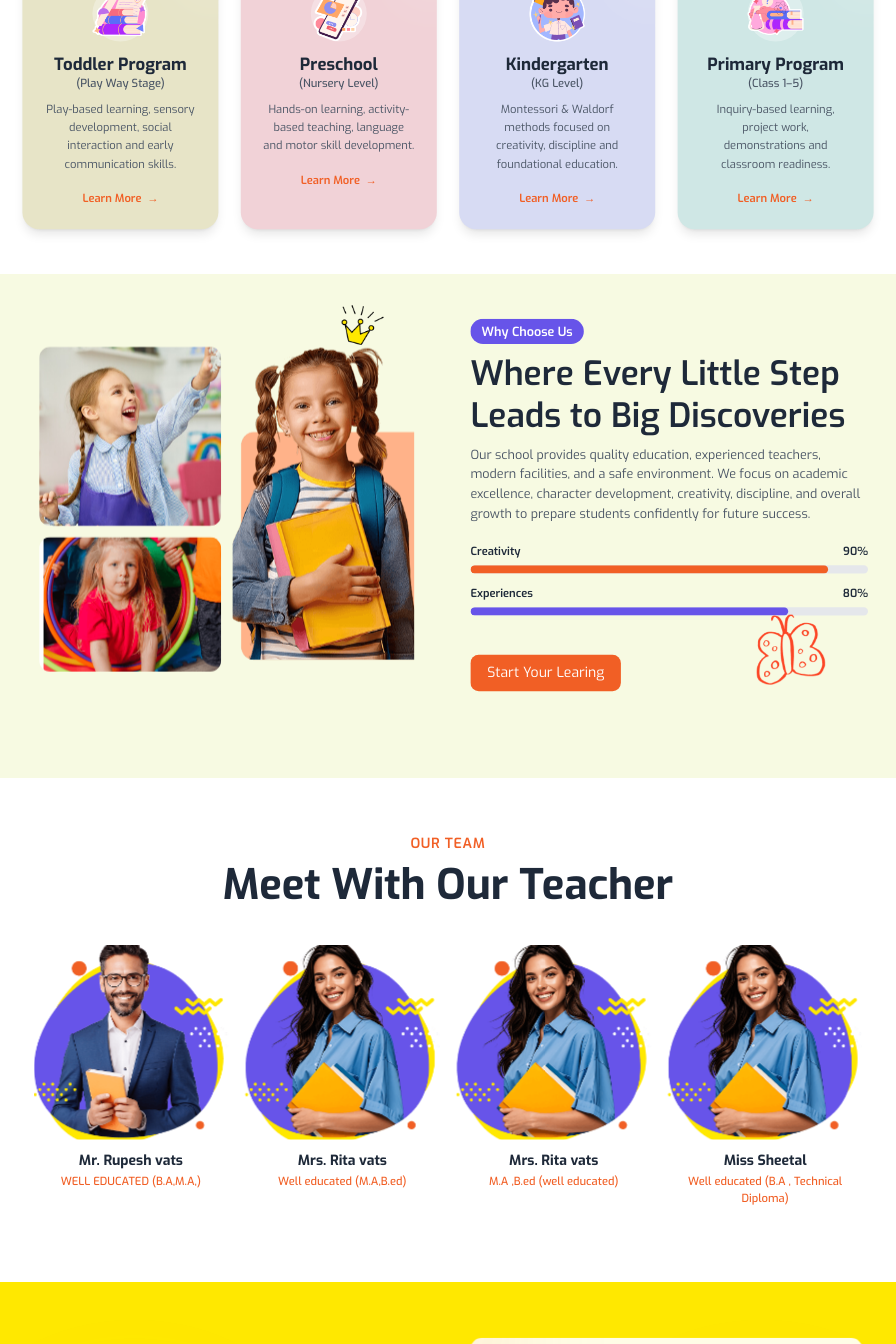
Repository: deepak445566/school
Page: / (app in okwork/)
An editor plug-in stored every save of this project. The page is shown before and after the next save, followed by the edit.
The browser window is 1280 px wide. The pictures show the part of the page from y = 2059 to 3979 px (the page is 5556 px tall before and 5508 px after), at 70% of full size.
Some web fonts or font styles are not loaded; a fallback is used. The project was rebuilt for these pictures with package versions that can differ from the ones it lists, and the page was loaded fresh each time. Some packages were replaced by stand-ins written for this rebuild. Also part of the build but not shown: okwork/vite.config.js.

Above is the page before, as saved 2026-02-18 21:04:55.

### okwork/index.html
<!doctype html>
<html lang="en">
  <head>
    <meta charset="UTF-8" />
    <link rel="icon" type="image/svg+xml" href="/vite.svg" />
    <meta name="viewport" content="width=device-width, initial-scale=1.0" />
    <title>okwork</title>
    <link rel="preconnect" href="https://fonts.googleapis.com">
<link rel="preconnect" href="https://fonts.gstatic.com" crossorigin>
<link href="https://fonts.googleapis.com/css2?family=Abril+Fatface&family=Alan+Sans:wght@300..900&family=Big+Shoulders:opsz,wght@10..72,100..900&family=Exo+2:ital,wght@0,100..900;1,100..900&family=Exo:ital,wght@0,100..900;1,100..900&family=Montserrat:ital,wght@0,100..900;1,100..900&family=Orbitron:wght@400..900&family=Poppins:ital,wght@0,100;0,200;0,300;0,400;0,500;0,600;0,700;0,800;0,900;1,100;1,200;1,300;1,400;1,500;1,600;1,700;1,800;1,900&family=Prata&family=Rajdhani:wght@300;400;500;600;700&display=swap" rel="stylesheet">
  </head>
  <body>
    <div id="root"></div>
    <script type="module" src="/src/main.jsx"></script>
  </body>
</html>

### okwork/src/index.css
@import "tailwindcss";


.exo {
  font-family: "Exo", sans-serif;

  font-style: normal;
}

### okwork/src/App.jsx
import React from 'react'
import Home from './components/Home'

import WhyChooseUs from './components/WhyChooseUs'
import MeetOurTeachers from './components/MeetOurTeachers'
import ScheduleSection from './components/ScheduleSection'
import AboutUs from './components/About'
import Footer from './components/Footer'
import ProgramSection from './components/ProgramSection'

function App() {
  return (
    <>
    <Home/>
   <AboutUs/>
   <ProgramSection/>
    <WhyChooseUs/>
    <MeetOurTeachers/>
    <ScheduleSection/>
    <Footer/>
    </>
  )
}

export default App

### okwork/src/components/Home.jsx
import React from "react";

const Home = () => {
  // Image URL - using a high-quality free image
  const imageUrl =
    "/images/hero1.png";
  const kalagiImageUrl = "/images/text.png";
  return (
    <div className="min-h-screen bg-[#F7FAE2] overflow-hidden exo relative ">
      {/* Main container - centered with responsive padding */}
      <div className="container mx-auto px-6 py-12 md:px-12 lg:px-10 min-h-screen flex items-center relative z-10">

        {/* Flex container: column on mobile, row on desktop */}
        <div className="flex flex-col md:flex-row items-center gap-12 lg:gap-5 w-full">

          {/* LEFT SECTION: 40% width */}
          <div className="w-full md:w-[45%] text-center md:text-left space-y-6 md:space-y-6">
            {/* Heading with gradient effect */}
            <h1 className="text-4xl text-gray-800 md:text-5xl lg:text-6xl font-bold leading-tight exo">
             A Happy Place to
              <br />
              <span className="text-gray-800">to Grow, Play And </span>
              <br />
              <span className="text-gray-800">   Learn</span>
            </h1>

            {/* Paragraph description */}
            <p className="text-lg md:text-lg text-gray-600 max-w-2xl mx-auto md:mx-0">
           Kindergarten is an early childhood educational environment where
most young for your children life.
            </p>

            {/* Button with hover effects */}
            <div className="flex justify-center md:justify-start">
              <button className="group relative px-8 py-4 bg-[#F15F25] text-white font-semibold rounded-xl float hover:shadow-xl hover:transform hover:-translate-y-1 transition-all duration-300 ease-in-out">
                <span className="relative z-10">Get Started Now</span>
              </button>
            </div>
          </div>

          {/* RIGHT SECTION: 60% width */}
          <div className="w-full md:w-[55%] flex justify-center md:justify-end">
            <div className="relative w-full max-w-md lg:max-w-xl ">
              {/* Main image */}
              <img
                src={imageUrl}
                alt="Team collaboration in modern workspace"
                className="relative z-10 w-full h-auto rounded-2xl object-cover "
              />
               <img
                src={kalagiImageUrl}
                alt="Decorative element"
                className="absolute bottom-0 left-7 lg:left-0 z-20 w-24 h-24 md:w-52 md:h-52 object-contain -translate-x-4 -translate-y-4 animate-bounce-slow"
              />
            </div>
          </div>
        </div>


      </div>


      {/* Add custom animation keyframes */}
       <style jsx>{`
        @keyframes blob {
          0% { transform: translate(0px, 0px) scale(1); }
          33% { transform: translate(30px, -50px) scale(1.1); }
          66% { transform: translate(-20px, 20px) scale(0.9); }
          100% { transform: translate(0px, 0px) scale(1); }
        }

        @keyframes float {
          0% {
            transform: translateY(0px);
          }
          50% {
            transform: translateY(-20px);
          }
          100% {
            transform: translateY(0px);
          }
        }

        @keyframes bounce-slow {
          0%, 100% {
            transform: translate(-1rem, -1rem) translateY(0);
          }
          50% {
            transform: translate(-1rem, -1rem) translateY(-20px);
          }
        }

        .animate-blob {
          animation: blob 7s infinite;
        }

        .animate-float {
          animation: float 6s ease-in-out infinite;
        }

        .animate-bounce-slow {
          animation: bounce-slow 4s ease-in-out infinite;
        }

        .animation-delay-2000 {
          animation-delay: 2s;
        }
      `}</style>
    </div>
  );
};

export default Home;

### okwork/src/components/MeetOurTeachers.jsx
import React from "react";

const MeetOurTeachers = () => {
  const teachers = [
    {
      name: "Mr. Rupesh vats",
      image: "/images/team2.png",
      subject: "WELL EDUCATED (B.A,M.A,)"
    },
    {
      name: "Mrs. Rita vats",
      image: "/images/team1.png",
      subject: "Well educated (M.A,B.ed)"
    },
    {
      name: "Mrs. Rita vats ",
      image: "/images/team1.png",
      subject: " M.A ,B.ed (well educated)"
    },
    {
      name: "Miss Sheetal",
      image: "/images/team1.png",
      subject: "Well educated (B.A , Technical Diploma)"
    }
  ];

  return (
    <>
    <div className="min-h-screen bg-white overflow-hidden exo py-8 sm:py-12 md:py-16 lg:py-20">
      <div className="container mx-auto px-3 sm:px-4 md:px-6 lg:px-8 xl:px-12">

        {/* Header Section */}
        <div className="text-center mb-6 sm:mb-8 md:mb-10 lg:mb-12">
          <h2 className="text-[#F15F25] text-md md:text-lg lg:text-xl font-semibold uppercase tracking-wider mb-1 sm:mb-2">
            Our Team
          </h2>
          <h1 className="text-2xl sm:text-3xl md:text-4xl lg:text-5xl xl:text-6xl font-bold text-gray-800 leading-tight px-2">
            Meet With Our Teacher
          </h1>
        </div>

        {/* Teachers Grid - Responsive grid */}
        <div className="grid grid-cols-2 sm:grid-cols-2 lg:grid-cols-4 gap-3 sm:gap-4 md:gap-5 lg:gap-6">
          {teachers.map((teacher, index) => (
            <div key={index} className="flex flex-col">
              {/* Teacher Image Container */}
              <div className="group relative bg-white rounded-xl sm:rounded-2xl overflow-hidden  transition-all duration-300 hover:-translate-y-2">
                <div className="relative overflow-hidden aspect-square">
                  <img
                    src={teacher.image}
                    alt={teacher.name}
                    className="w-full h-full object-cover  duration-500"
                  />
                  {/* Light overlay on hover */}

                </div>
              </div>

              {/* Teacher Info - Outside the card */}
              <div className="text-center mt-2 sm:mt-3 md:mt-4 px-1">
                <h3 className="text-sm sm:text-base md:text-lg lg:text-xl font-bold text-gray-800 mb-0.5 sm:mb-1">
                  {teacher.name}
                </h3>
                <p className="text-[#F15F25] text-xs sm:text-sm md:text-base font-medium">
                  {teacher.subject}
                </p>
              </div>
            </div>
          ))}
        </div>
      </div>
    </div>
    </>
  );
};

export default MeetOurTeachers;

### okwork/src/components/ScheduleSection.jsx
import React from "react";

const ScheduleSection = () => {
  return (
    <>
    <div className="min-h-screen bg-[#FFE800] overflow-hidden exo py-12 md:py-16 lg:py-20 relative ">

      {/* Background Light Effects */}
      <div className="absolute left-0 top-1/2 -translate-y-1/2 w-64 md:w-96 h-64 md:h-96 bg-[#F15F25]/10 rounded-full blur-3xl"></div>
      <div className="absolute right-0 top-1/2 -translate-y-1/2 w-64 md:w-96 h-64 md:h-96 bg-[#F15F25]/10 rounded-full blur-3xl"></div>

      <div className="container mx-auto px-4 sm:px-6 md:px-8 lg:px-10 xl:px-12 relative z-10">

        {/* Main Flex Container - Left Text, Right Schedule */}
        <div className="flex flex-col lg:flex-row items-center gap-10 lg:gap-16">

          {/* LEFT SIDE - Text Content */}
          <div className="w-full lg:w-1/2 text-center lg:text-left">
            <h2 className="text-[#F15F25] text-lg md:text-xl font-semibold uppercase tracking-wider mb-3">
              Session Times
            </h2>
            <h1 className="text-3xl sm:text-4xl md:text-5xl lg:text-6xl font-bold text-gray-800 mb-4 leading-tight">
              Our session Times
            </h1>
            <p className="text-gray-600 text-base md:text-lg max-w-lg mx-auto lg:mx-0">
             Our school session begins at 8:00 AM and ends at 4:00 PM. Students are expected to arrive on time. Regular classes, activities, and short breaks are scheduled within this time.
            </p>
          </div>

          {/* RIGHT SIDE - Schedule Cards */}
          <div className="w-full lg:w-1/2">
            <div className="bg-white/90 backdrop-blur-sm rounded-2xl p-5 md:p-6 lg:p-8 shadow-xl relative overflow-hidden">

              {/* Inner Light Effect */}
              <div className="absolute -left-20 -top-20 w-40 h-40 bg-[#F15F25]/10 rounded-full blur-3xl"></div>
              <div className="absolute -right-20 -bottom-20 w-40 h-40 bg-[#F15F25]/10 rounded-full blur-3xl"></div>

              {/* Schedule Items */}
              <div className="space-y-4 relative z-10">

                {/* Early Drop Off */}
                <div className="flex justify-between items-center py-3 border-b border-gray-200">
                  <span className="text-gray-800 font-semibold text-base md:text-lg">Early Drop Off</span>
                  <span className="text-[#F15F25] font-semibold text-base md:text-lg">8.00am – 10.00am</span>
                </div>

                {/* Morning */}
                <div className="flex justify-between items-center py-3 border-b border-gray-200">
                  <span className="text-gray-800 font-semibold text-base md:text-lg">Morning</span>
                  <span className="text-[#F15F25] font-semibold text-base md:text-lg">10.30am – 12.00am</span>
                </div>

                {/* Lunch */}
                <div className="flex justify-between items-center py-3 border-b border-gray-200">
                  <span className="text-gray-800 font-semibold text-base md:text-lg">Lunch</span>
                  <span className="text-[#F15F25] font-semibold text-base md:text-lg">12pm – 1.00pm</span>
                </div>

                {/* Afternoon */}
                <div className="flex justify-between items-center py-3">
                  <span className="text-gray-800 font-semibold text-base md:text-lg">Afternoon</span>
                  <span className="text-[#F15F25] font-semibold text-base md:text-lg">2.00am – 4.00am</span>
                </div>
              </div>
            </div>
          </div>
        </div>
      </div>
      <div className=" absolute bottom-0  z-1000">
          <img src="/images/hero-line.png" className="w-full"/>
        </div>

    </div>

     <div className=" mt-10">
        <img src="/images/newsletter1.png" alt="Newsletter" className="w-full h-full object-cover" />
      </div>
      </>
  );
};

export default ScheduleSection;

### okwork/src/components/Footer.jsx
import React from 'react';

const Footer = () => {
  return (
    <footer className="bg-[#F4F8E1] exo text-white py-12 md:py-16 overflow-hidden relative">
      {/* Decorative Elements */}
      <div className="absolute top-0 left-0 w-32 h-32 bg-[#F15F25]/5 rounded-full blur-3xl"></div>
      <div className="absolute bottom-0 right-0 w-32 h-32 bg-[#F15F25]/5 rounded-full blur-3xl"></div>

      <div className="container mx-auto px-4 sm:px-6 lg:px-8 relative z-10">

        {/* Main Footer Grid */}
        <div className="grid grid-cols-1 md:grid-cols-2 lg:grid-cols-3 gap-8 lg:gap-12">

          {/* Column 1 - Kidza Info */}
          <div className="space-y-4">
            <h2 className="text-lg md:text-xl font-bold text-black flex items-center gap-2">
              <span className="text-[#F15F25]">◆</span> FLORAWINGS PRE-PRIMARY SCHOOL
            </h2>
            <p className="text-black text-sm md:text-base leading-relaxed">
              FLORAWINGS PRE-PRIMARY SCHOOL is an early childhood education school where all children,
              typically aged 4 to 6, begin their learning journey.
            </p>

          </div>

          {/* Column 2 - Quick Links */}
          <div className="space-y-4">
            <h3 className="text-xl md:text-2xl font-semibold text-black border-b-2 border-[#F15F25] pb-2 inline-block">
              Quick Links
            </h3>
            <div className="flex flex-col space-y-3 pt-2 text-black">
              <a href="#" className=" hover:text-[#F15F25] transition-colors text-sm md:text-base flex items-center gap-2">
                <span className="text-[#F15F25] text-xs">▶</span> Courses
              </a>
              <a href="#" className=" hover:text-[#F15F25] transition-colors text-sm md:text-base flex items-center gap-2">
                <span className="text-[#F15F25] text-xs">▶</span> Program
              </a>
              <a href="#" className=" hover:text-[#F15F25] transition-colors text-sm md:text-base flex items-center gap-2">
                <span className="text-[#F15F25] text-xs">▶</span> About Us
              </a>
              <a href="#" className=" hover:text-[#F15F25] transition-colors text-sm md:text-base flex items-center gap-2">
                <span className="text-[#F15F25] text-xs">▶</span> Contact Us
              </a>

            </div>
             <button className="bg-[#F15F25] text-white px-6 py-3 rounded-lg font-semibold hover:bg-[#d44e1e] transition-colors">
  Get Francises
</button>
          </div>



          {/* Column 4 - Contact Info */}
          <div className="space-y-4">
            <h3 className="text-xl md:text-2xl font-semibold text-black border-b-2 border-[#F15F25] pb-2 inline-block">
              Contact
            </h3>

            {/* Email */}
            <div className="space-y-2 pt-2">
              <h4 className="text-[#F15F25] font-medium text-base md:text-lg flex items-center gap-2">
                <span>📧</span> Contact Us
              </h4>
              <a className="text-black hover:text-[#F15F25] transition-colors text-sm md:text-base break-all pl-7">
               9891965767 /
                8588831055

              </a>
            </div>

            {/* Location */}
            <div className="space-y-2">
              <h4 className="text-[#F15F25] font-medium text-base md:text-lg flex items-center gap-2">
                <span>📍</span> Location
              </h4>
              <p className="text-black text-sm md:text-base leading-relaxed pl-7">
               I-642, street no -6 East Jawahar. Nagar Loni GZB UP
              </p>
            </div>
          </div>
        </div>



        {/* Bottom Bar */}
        <div className="border-t border-gray-700 mt-8 md:mt-12 pt-6 md:pt-8 text-center text-black text-xs md:text-sm font-semibold">
          <p>&copy; {new Date().getFullYear()} FLORAWINGS PRE-PRIMARY SCHOOL . All rights reserved.</p>
        </div>
      </div>
      <div className='absolute bottom-0 left-0 w-full'>
        <img src='/images/bg-bottom.png' className='w-full '/>
      </div>
    </footer>
  );
};

export default Footer;

### okwork/src/components/ProgramSection.jsx
import React from 'react';
import program1 from '/public/images/book.png';
import program2 from '/public/images/phone.png';
import program3 from '/public/images/boy.png';
import program4 from '/public/images/camical-book.png';


const ProgramSection = () => {
  return (
    <div className="max-w-7xl mx-auto px-4 sm:px-6 lg:px-8 py-12 md:py-16 exo">

      {/* Section Header */}
      <div className="text-center mb-12">
        <h2 className="text-[#F15F25] text-lg font-semibold uppercase tracking-wider mb-2">Our Programs</h2>
        <h1 className="text-3xl md:text-4xl lg:text-5xl font-bold text-gray-800">Learning Paths for Every Age</h1>
        <p className="text-gray-600 max-w-2xl mx-auto mt-4">Discover the perfect program for your child's developmental stage</p>
      </div>

      {/* Cards Grid */}
      <div className="grid grid-cols-1 sm:grid-cols-2 lg:grid-cols-4 gap-6 lg:gap-8 mt-10">

        {[
          {
            img: program1,
            title: "Toddler Program",
            age: "(Play Way Stage)",
            bg: "bg-[#E7E4C7]",
            desc: "Play-based learning, sensory development, social interaction and early communication skills.",
            icon: "🧸",
            color: "from-[#E7E4C7] to-[#d6d3b5]"
          },
          {
            img: program2,
            title: "Preschool",
            age: "(Nursery Level)",
            bg: "bg-[#F1D2D7]",
            desc: "Hands-on learning, activity-based teaching, language and motor skill development.",
            icon: "🎨",
            color: "from-[#F1D2D7] to-[#e0c0c5]"
          },
          {
            img: program3,
            title: "Kindergarten",
            age: "(KG Level)",
            bg: "bg-[#D7DBF3]",
            desc: "Montessori & Waldorf methods focused on creativity, discipline and foundational education.",
            icon: "📚",
            color: "from-[#D7DBF3] to-[#c5c9e1]"
          },
          {
            img: program4,
            title: "Primary Program",
            age: "(Class 1–5)",
            bg: "bg-[#CFE7E5]",
            desc: "Inquiry-based learning, project work, demonstrations and classroom readiness.",
            icon: "🔬",
            color: "from-[#CFE7E5] to-[#bdd5d3]"
          }
        ].map((card, i) => (

          <div
            key={i}
            className={`${card.bg} rounded-3xl p-6 md:p-8 text-center shadow-lg relative overflow-hidden group transition-all duration-500 ease-in-out hover:-translate-y-4 hover:shadow-2xl cursor-pointer`}
          >
            {/* Background Patterns */}


            {/* Gradient Overlay on Hover */}
            <div className={`absolute inset-0 bg-gradient-to-br ${card.color} opacity-0 group-hover:opacity-20 transition-opacity duration-500`}></div>

            {/* Decorative Circle */}
            <div className="absolute -top-10 -right-10 w-24 h-24 bg-white/20 rounded-full blur-2xl group-hover:scale-150 transition-transform duration-700"></div>

            {/* Icon Badge */}
            <div className="absolute top-3 left-3 text-2xl opacity-30 group-hover:opacity-60 transition-opacity">
              {card.icon}
            </div>

            {/* Image with Animation */}
            <div className="relative z-10 mb-4 transform group-hover:scale-110 transition-transform duration-500">
              <div className="w-20 h-20 mx-auto bg-white/30 rounded-full ">
                <img
                  src={card.img}
                  alt={card.title}
                  className="w-full h-full object-contain"
                />
              </div>
            </div>

            {/* Content */}
            <h3 className="text-xl md:text-2xl font-bold text-gray-800 relative z-10 group-hover:text-gray-900 transition-colors">
              {card.title}
            </h3>
            <p className="text-gray-600 mb-3 relative z-10 font-medium">
              {card.age}
            </p>

            {/* Description with Animation */}
            <p className="text-gray-600 text-sm md:text-base relative z-10 leading-relaxed group-hover:text-gray-700 transition-colors">
              {card.desc}
            </p>

            {/* Button with Animation */}
            <button className="mt-6 text-[#F15F25] font-semibold relative z-10 inline-flex items-center gap-2 group/btn hover:gap-3 transition-all duration-300">
              <span>Learn More</span>
              <span className="transform group-hover/btn:translate-x-1 transition-transform">→</span>
            </button>

            {/* Bottom Highlight on Hover */}
            <div className="absolute bottom-0 left-0 right-0 h-1 bg-[#F15F25] scale-x-0 group-hover:scale-x-100 transition-transform duration-500 origin-left"></div>
          </div>
        ))}
      </div>


    </div>
  );
};

export default ProgramSection;

Loaded but not shown: okwork/src/main.jsx (common file); okwork/src/components/WhyChooseUs.jsx (128 lines, source omitted); okwork/src/components/About.jsx (129 lines, source omitted)

After the next save:
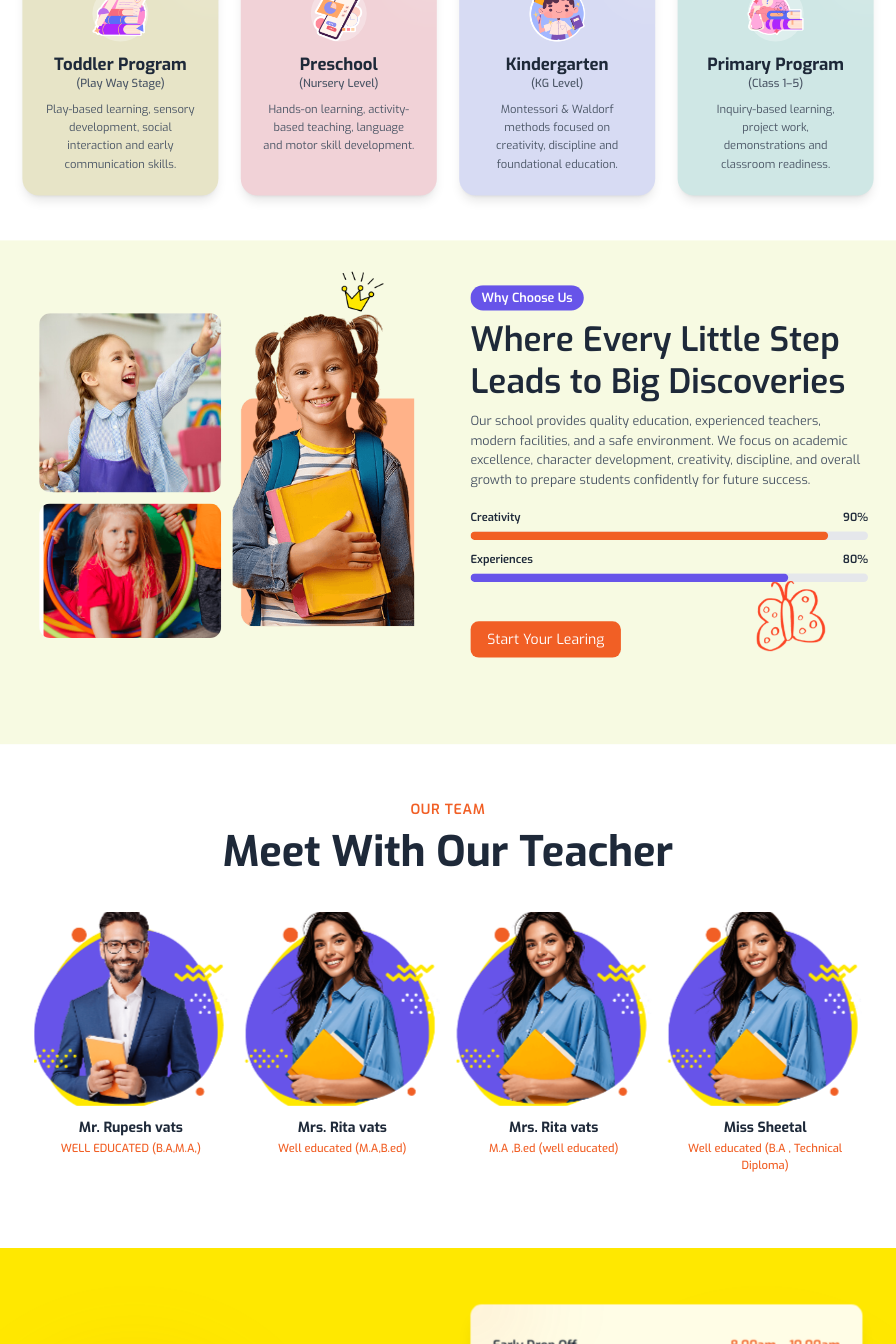
Saved 11 s later.
--- a/okwork/src/components/ProgramSection.jsx
+++ b/okwork/src/components/ProgramSection.jsx
@@ -101,10 +101,7 @@ const ProgramSection = () => {
             </p>
 
             {/* Button with Animation */}
-            <button className="mt-6 text-[#F15F25] font-semibold relative z-10 inline-flex items-center gap-2 group/btn hover:gap-3 transition-all duration-300">
-              <span>Learn More</span>
-              <span className="transform group-hover/btn:translate-x-1 transition-transform">→</span>
-            </button>
+
 
             {/* Bottom Highlight on Hover */}
             <div className="absolute bottom-0 left-0 right-0 h-1 bg-[#F15F25] scale-x-0 group-hover:scale-x-100 transition-transform duration-500 origin-left"></div>
